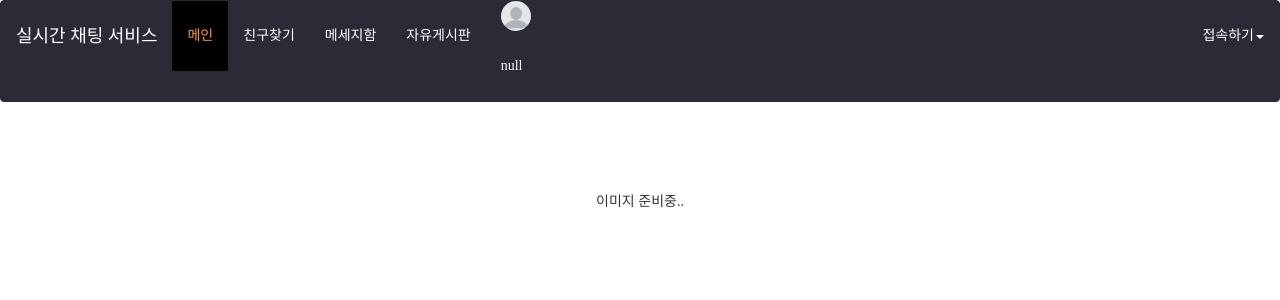
Repository: kkoseunghyun/javaAjaxChat
Page: http://localhost/UserChat/
The author's editor kept a copy of each file at every save. The page is drawn from the files as they stood at one save, then again after the next save.
The browser window is 1280 px wide. The pictures show the whole page.
Some web fonts or font styles are not loaded; a fallback is used. Some web libraries are served in a nearby version. The page is served by Tomcat 9. Queries for data that is not in the repository find no rows.

Above is the page before, as saved 2019-07-13 08:26:59.

After the next save:
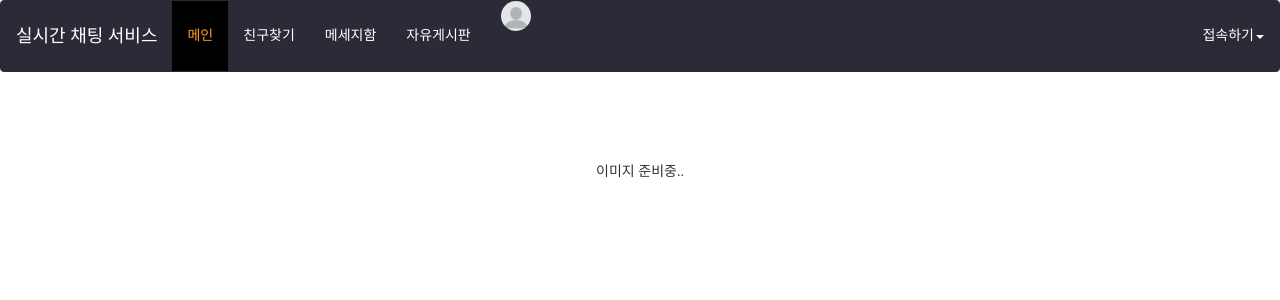
Saved 80 s later.
--- a/JspAjax/UserChat/WebContent/index.jsp
+++ b/JspAjax/UserChat/WebContent/index.jsp
@@ -69,7 +69,7 @@
 				<li><a href="find.jsp">친구찾기</a></li>
 				<li><a href="box.jsp">메세지함<span id="unread" class="label label-info"></span></a></li>
 				<li><a href="boardView.jsp">자유게시판</a></li>
-				<li><a href="userStatus.jsp"><img class="media-object img-circle" style="margin: 0 auto; max-width: 30px; max-height: 30px;" src="<%= userProfile %>"><%= userID %></img></a></li>
+				<li><a href="userStatus.jsp"><img class="media-object img-circle" style="margin: 0 auto; max-width: 30px; max-height: 30px;" src="<%= userProfile %>"></img></a></li>
 			</ul>
 			<%
 				if(userID == null){ // 로그인이 안된사람들에 한해 보여지는 네비게이션 바
